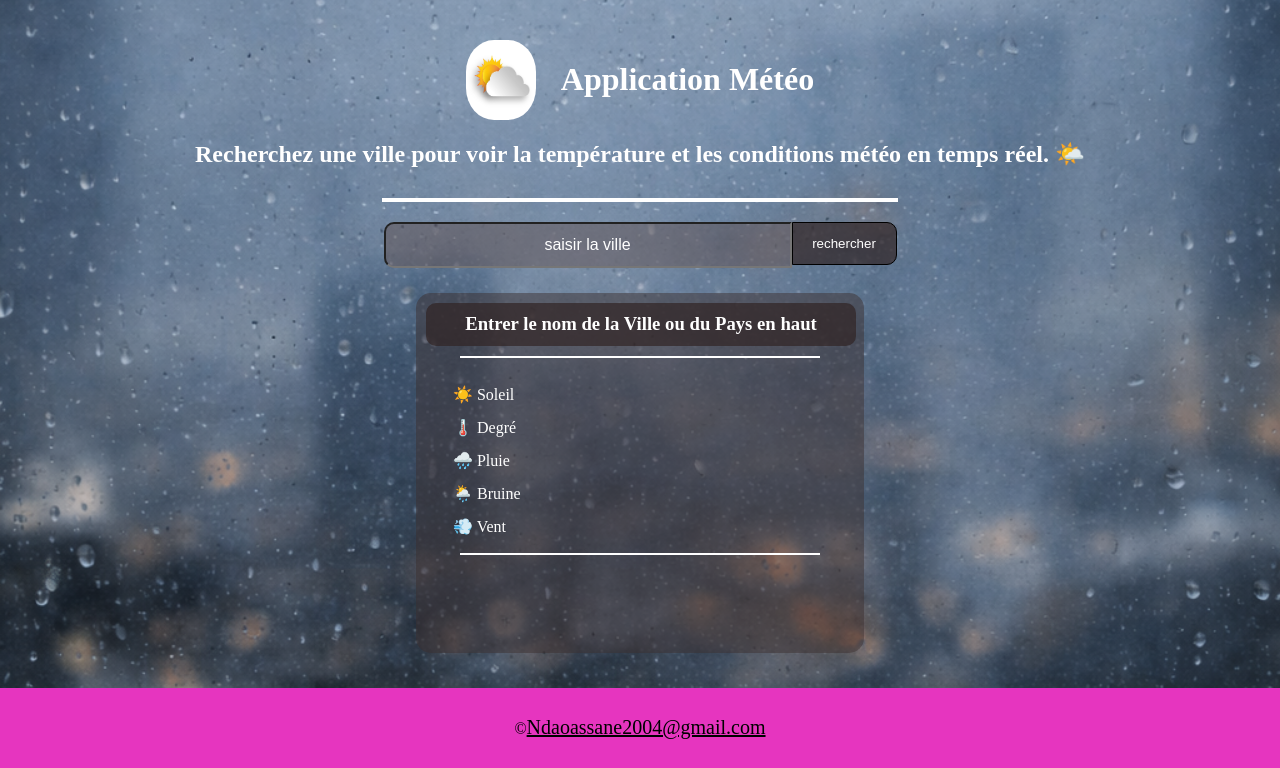
Repository: assanendao171/meteo
Page: index.html
These files come from the project's save history. The page is drawn as it stood at one moment and after a run of saves; the edit follows.
The browser window is 1280 px wide. The pictures show the whole page.

Above is the page before, as saved 2026-03-16 13:35:05.

### index.html
<!DOCTYPE html>
<html lang="en">

<head>
    <meta charset="UTF-8">
    <meta name="viewport" content="width=device-width, initial-scale=1.0">
    <title>Document</title>
    <link rel="stylesheet" href="meteo2.css">
</head>

<body>
    <div id="haut">
        <img src="icone.jpg" alt="icone" id="photosoleil">
        <h1>Application Météo </h1>
    </div>
    <h2>Recherchez une ville pour voir la température et les conditions météo en temps réel. 🌤️</h2>
    <hr>
            <div id="bloc">
            <input type="text" id="input" placeholder="saisir la ville">
            <button id="btn">rechercher</button>
        </div>
    <div id="contain">
        <div id="resultat">
            <h3 id="h3">Entrer le nom de la Ville ou du Pays en haut</h3>
        </div>
        <hr id="hr">
        <div id="stat">
        <p id="emoji">☀️ Soleil</p>
        <p id="emoji">🌡️ Degré</p >
        <p id="emoji">🌧️ Pluie</p >
        <p id="emoji">🌦️ Bruine</p >
        <p id="emoji">💨 Vent</p >
        </div>
            <hr id="hr">

    </div>
<div id="">

</div>
    </div>
    <footer>
        <p id="p">&copy;<a href="mailto:Ndaoassane2004@gmail.com">Ndaoassane2004@gmail.com</a></p>
    </footer>
    <script src="meteo2.js"></script>
</body>

</html>

### meteo2.css
body {
  display: flex;
  flex-direction: column;
  justify-content: center;
  justify-content: center;
  align-items: center;
  background-image: url("background.png");
  background-position: center;
  background-repeat: no-repeat;
  background-size: cover;
  color: rgb(255, 255, 255);
  padding-top: 40px;
  margin: 0;
}
#haut{
  display: flex;
  gap: 25px;
}
#bloc{
    display: flex;
    flex-direction: row;
    justify-content: center;
}
#photosoleil{
  width: 70px;
    border-radius: 40%;

}
#photobas{
  width: 70px;
    border-radius: 40%;

}
#recherche{
  width: 40px;
}
hr {
  color: white;
  border: 2px solid white;
  margin-top: 10px;
  width: 40%;
  margin-bottom: 20px;
}
#hr {
  color: white;
  border: 1px solid white;
  margin-top: 10px;
  width: 80%;
  margin-bottom: 20px;
}
#contain {
  margin-top: 25px;
  text-align: center;
  width: 35%;
background-color: rgba(59, 47, 47, 0.479);
  border-radius: 15px;
  height: 360px;
}
input {
  width: 400px;
  height: 40px;
  border-radius: 10px 0 0 10px;
background-color: rgba(97, 81, 81, 0.479);
color: white;
font-size: 1rem;
}
::placeholder{
  color: white;
  font-size: 1rem;
  text-align: center;
}
button {
  height: 43px;
  width: 105px;
  border-radius: 0 10px 10px 0;
  color: white;
  cursor: pointer;
  border: 1px solid black;
background-color: rgba(49, 36, 36, 0.692);
}

#resultat {
  margin-top: 60px;
  background-color: aliceblue;
width: 96%;
margin: 10px;
height: 43px;
border-radius: 10px;
display: flex;
flex-direction: column;
justify-content: center;
align-items: center;
background-color: rgba(49, 36, 36, 0.692);
}
h3 {
color: white;
  text-decoration: none;
}
#icone {
  color: rgb(70, 62, 62);
}
#stat{
  margin-left: 30px;
  display: flex;
  flex-direction: column;
  justify-content: flex-start;
  align-items: flex-start;

}
#emoji{
  font-size: 1rem;
   margin: 7px;
}
#enfant{
  background-color: rgba(184, 180, 175, 0.733);
  padding: 5px;
  display: flex;
  flex-direction: column;
  justify-content: center;
align-items: center;}
#contain2{
  display: flex;
  flex-direction: row;
  justify-content: flex-start;
  gap: 60px;
  padding-top: 30px;
  color: rgb(255, 39, 39);
}
h4{
  margin: 0;
  color: black;
}
footer{
  margin-top: 35px;
  width: 100%;
  height: 80px;
  background-color: rgb(230, 53, 191);
  color: black;
  text-shadow: none;
  display: flex;
  flex-direction: row;
  align-items: center;
  justify-content: center;
}
#p a{
  text-align: center;
  font-size: 20px;
  color: black;
}
/* les media query mobile */

@media(max-width:768px){
*{
box-sizing: border-box;
}
html, body {
  width: 100%;
  height: 100%;
  overflow-x: hidden;
  margin: 0;
}
#haut{
display: flex;
flex-direction: column;
justify-content: center;
align-items: center;
}
#photosoleil{
    width: 70px;
    border-radius: 40%;
}
hr {
  color: white;
  border: 2px solid white;
  margin-top: 10px;
  width: 60%;
  margin-bottom: 20px;
}
#contain {
  padding-top: 25px;
  text-align: center;
  width: 80%;
  background-color: aquamarine;
  border-radius: 15px;
  height: 280px;
}
input {
  width: 60%;
  height: 30px;
  border-radius: 15px;
  box-shadow: blue 1px 1px 6px 1px;
  margin-left:15px;
}
button {
  height: 30px;
  width: 95px;
  border-radius: 15px;
  color: white;
  cursor: pointer;
  border: 1px solid white;
    margin-right: 15px;

}
button:hover {
  background-color: rgb(255, 255, 255);
  color: rgb(0, 4, 255);
  cursor: pointer;
  border: 1px solid blue;
  transform: scale(1.1);
  transition: 0.5s;
}
#resultat {
  background-color: aliceblue;
  display: flex;
  flex-direction: column;
  justify-content: center;
  justify-content: center;
  align-items: center;
  width: 60%;
  height: 120px;
  border-radius: 20px;
  font-size: 15px;
}
#recherche{
  width: 30px;
  height: 25px;
}
h3 {
  color: rgb(61, 52, 52);
  text-decoration: none;
  font-size: 15px;
  margin: 10px;
}
h1,h2{
  font-size: 20px;
  text-align: center;
  margin: 10px;
}
#enfant{
  background-color: rgba(184, 180, 175, 0.733);
  padding: 10px;
  display: flex;
  flex-direction: column;
  justify-content: center;
align-items: center;
border-radius: 15%;
}
#contain2{
  display: flex;
  flex-direction: row;
  justify-content: flex-start;
  gap: 15px;
  flex-wrap: wrap;
  color: rgb(255, 39, 39);
  margin-top: 35px;
}
#photobas{
    width: 35px;
    border-radius: 30%;
}
h4{
  margin: 0;
  color: black;
}
footer{
  margin-top: 80px;
  width: 100%;
  height: 130px;
  background-color: rgb(230, 53, 191);
  color: black;
  text-shadow: none;
  display: flex;
  flex-direction: row;
  align-items: center;
  justify-content: center;
}
#p a{
  text-align: center;
  font-size: 15px;
  color: black;
}
}

@media (min-width: 768px) and (max-width: 1024px) {
*{
box-sizing: border-box;
}
html, body {
  width: 100%;
  height: 100%;
  overflow-x: hidden;
  margin: 0;
}
#photosoleil{
    width: 100px;
    border-radius: 40%;
}
h1,h2{
  font-size: 30px;
  text-align: center;
  margin: 10px;
}
input {
  width: 60%;
  height: 40px;
  border-radius: 15px;
  box-shadow: blue 1px 1px 6px 1px;
  margin-left:15px;
}
button {
  height: 40px;
  width: 95px;
  border-radius: 15px;
  color: white;
  cursor: pointer;
  border: 1px solid white;
    margin-right: 15px;

}
button:hover {
  background-color: rgb(255, 255, 255);
  color: rgb(0, 4, 255);
  cursor: pointer;
  border: 1px solid blue;
  transform: scale(1.1);
  transition: 0.5s;
}
#resultat {
  background-color: aliceblue;
  display: flex;
  flex-direction: column;
  justify-content: center;
  justify-content: center;
  align-items: center;
  width: 80%;
  height: 120px;
  border-radius: 20px;
  font-size: 15px;
}
footer{
  margin-top: 80px;
  width: 100%;
  height: 160px;
  background-color: rgb(230, 53, 191);
  color: black;
  text-shadow: none;
  display: flex;
  flex-direction: row;
  align-items: center;
  justify-content: center;
}
#p a{
  text-align: center;
  font-size: 25px;
  color: black;
}
}

### meteo2.js
let input = document.getElementById("input");
let btn = document.getElementById("btn");
let h3 = document.getElementById("h3");
let icone = document.getElementById("icone");

let apiKey = "62ecfbc2ac82aa867b7d2b579270f663";
async function avoirMeteo(ville) {
  try {
    let data = await fetch(
      `https://api.openweathermap.org/data/2.5/weather?q=${ville}&appid=${apiKey}&units=metric`,
    );
    if (!data.ok) {
      throw new Error("ville introuvable !");
    }
    let reponse = await data.json();
    icone.textContent = "🔍";
    h3.textContent =`Recherche en cours...${input.value}`
    async function temps() {
      let meteo=reponse.weather[0].main
      let emoji=""
      if(meteo==="Clear"){
        emoji="☀️"
      }
      else if(meteo==="Clouds"){
        emoji="☁️"
      }
      else if(meteo==="Rain"){
        emoji= "🌧️"
      }
      else {
  emoji = "🌤️"
}
      await new Promise((resolve) => setTimeout(resolve, 4000));
      icone.textContent = "✅";
      h3.textContent = `🌡️ ${reponse.name} :${emoji} ${reponse.main.temp}°C, ${reponse.weather[0].description}`;
      input.value=""
    }
    temps();
  } catch (Error) {
    async function wait(){
          icone.textContent = "🔍";
    h3.textContent =`Recherche en cours...${input.value}`
      await new Promise(resolve=>setTimeout(resolve,4000))
    icone.textContent = "❌  ";
h3.textContent = "Ville introuvable ";    input.value=""
    }
    wait()
  }
}
btn.addEventListener("click", function () {
  if(input.value===""){
    alert("le champ est vide")
    return
  }
  let ville = input.value.trim();
  if (ville) {
    avoirMeteo(ville);
  }
});

After the next 2 saves:
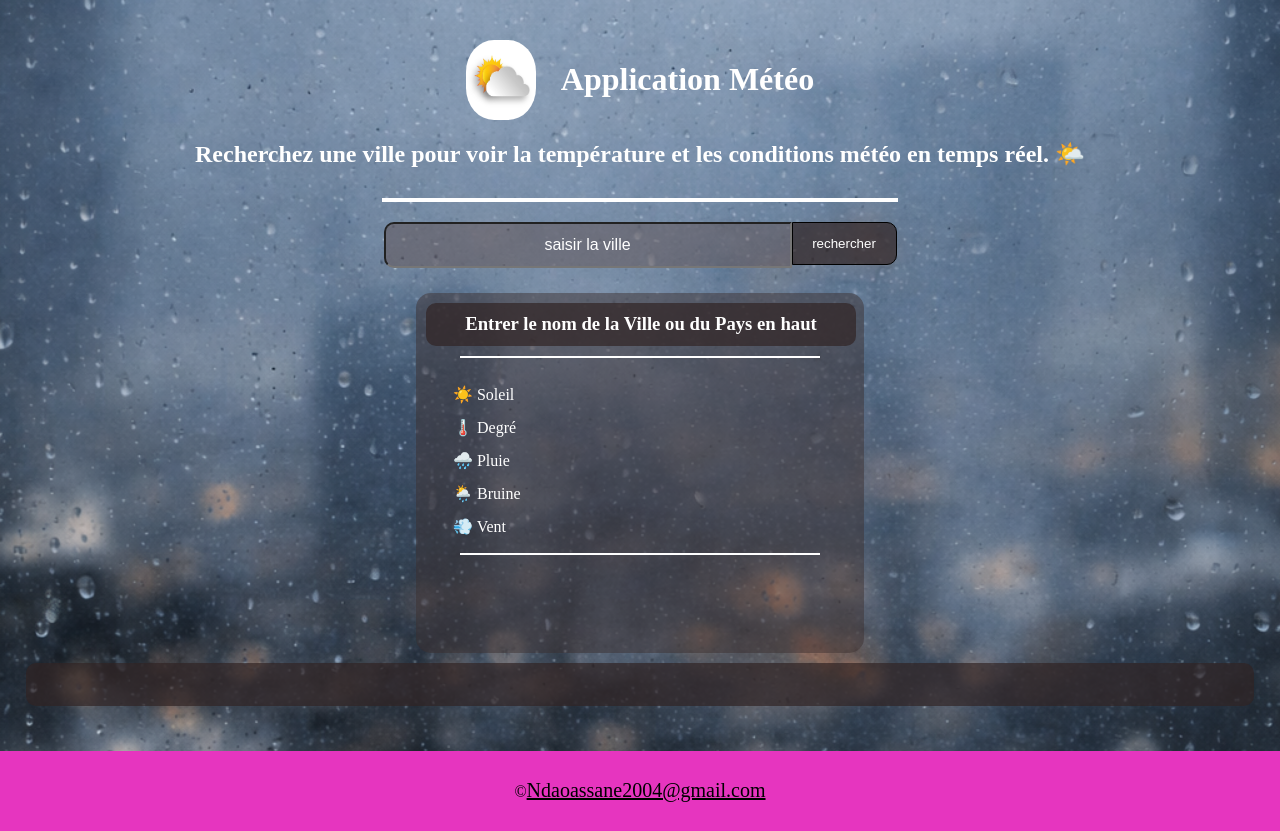
The 2 saves are shown as one change because they came seconds apart.
The last was saved 25 s later.
--- a/index.html
+++ b/index.html
@@ -34,7 +34,7 @@
             <hr id="hr">
 
     </div>
-<div id="">
+<div id="resultat">
 
 </div>
     </div>
